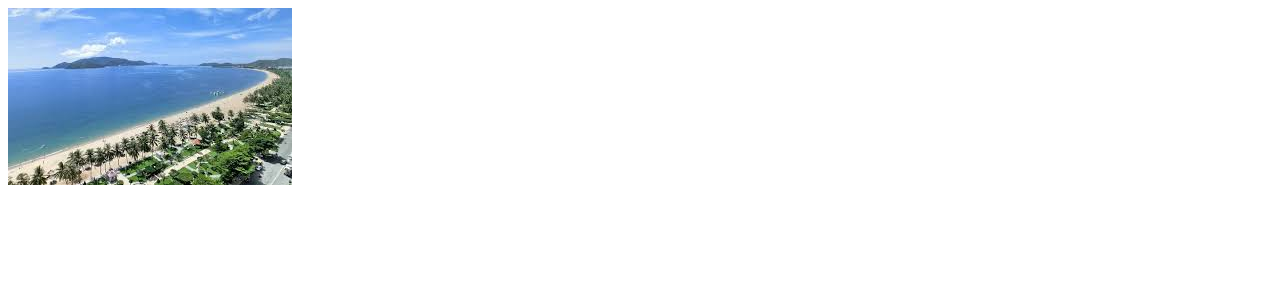
Repository: Tan-Khang21/TH_TKW--Buoi_07
Page: Bai_Tap_Mau/Bai_04/Shaddow3.html
An editor plug-in stored every save of this project. The page is shown before and after the next save, followed by the edit.
The browser window is 1280 px wide. The pictures show the whole page.

Above is the page before, as saved 2024-03-12 15:51:11.

After the next save:
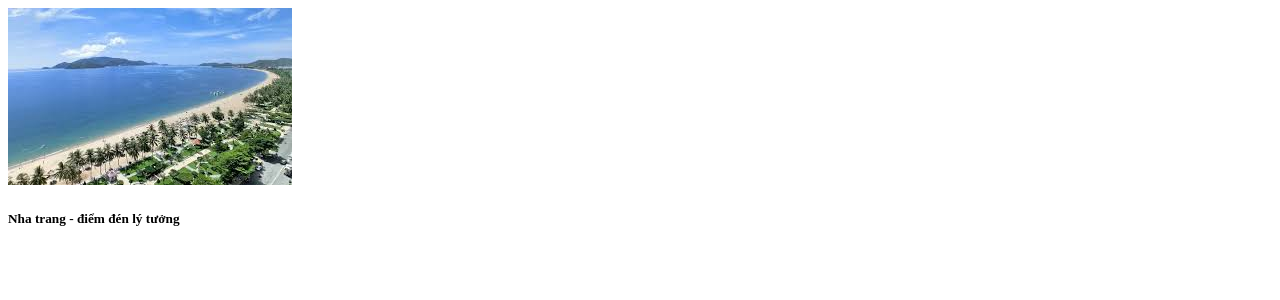
Saved 30 s later.
--- a/Bai_Tap_Mau/Bai_04/Shaddow3.html
+++ b/Bai_Tap_Mau/Bai_04/Shaddow3.html
@@ -10,7 +10,7 @@
       <div class="images">
         <img src="images/images.jpg" alt="" />
       </div>
-      <h5 class="title"></h5>
+      <h5 class="title">Nha trang - điểm đén lý tưởng</h5>
     </div>
   </body>
 </html>
